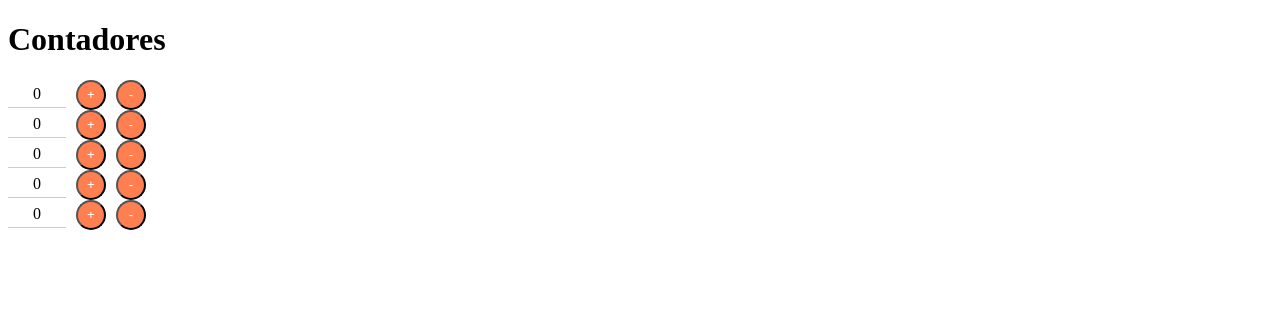
Repository: Lopesgit/curso-vue
Page: / (app in componentes/componente-intro/)
An editor plug-in stored every save of this project. The page is shown before and after the next save, followed by the edit.
The browser window is 1280 px wide. The pictures show the whole page.
The project was rebuilt for these pictures with package versions that can differ from the ones it lists, and the page was loaded fresh each time. Also part of the build but not shown: componentes/componente-intro/vue.config.js.

Above is the page before, as saved 2019-06-08 19:05:19.

After the next save:
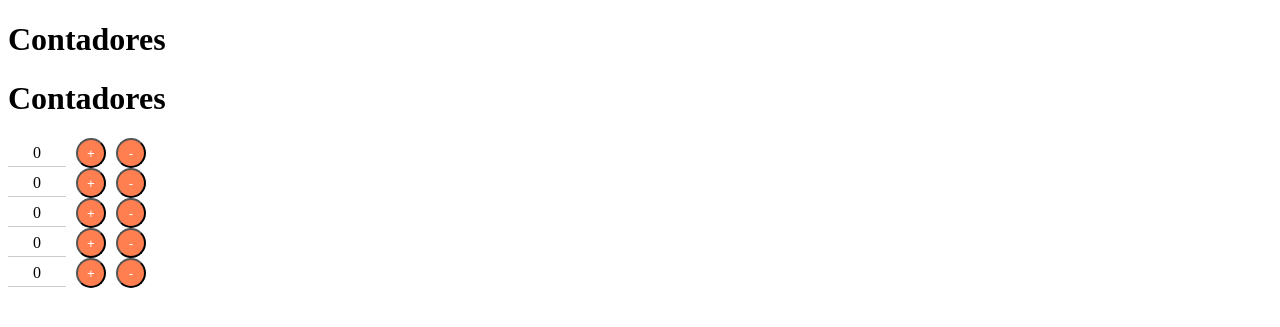
Saved 14 days later.
--- a/componentes/componente-intro/src/Contadores.vue
+++ b/componentes/componente-intro/src/Contadores.vue
@@ -1,5 +1,6 @@
 <template>
     <div class="contadores">
+        <h1>Contadores</h1>
         <app-contador v-for="c in 5" :key="c"/>
     </div>
 </template>

After the 2 saves that followed:
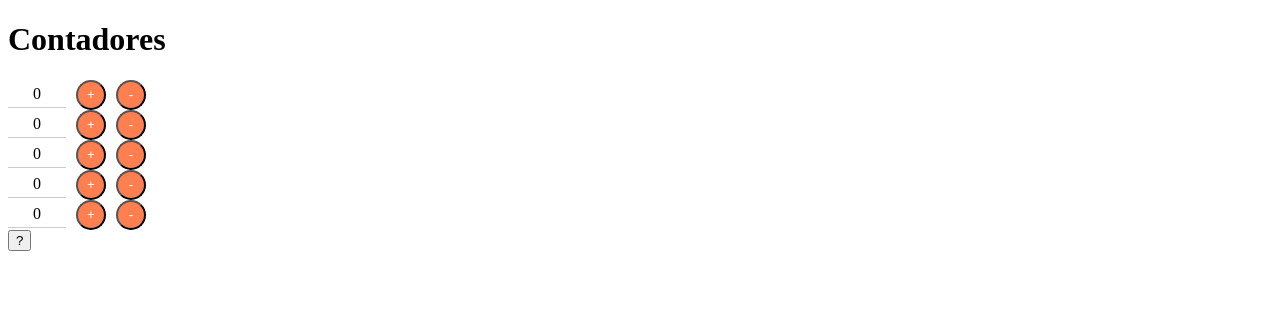
The 2 saves are shown as one change because 1 left the picture as it was.
The last was saved 3 s later.
--- a/componentes/componente-intro/src/App.vue
+++ b/componentes/componente-intro/src/App.vue
@@ -1,8 +1,8 @@
 <template>
-    <div id="app">
-        <h1>Contadores</h1>
-        <app-contadores/>
-    </div>
+  <div id="app">
+      <app-contadores />
+      <button>?</button>
+  </div>
 </template>
 
 <script>
--- a/componentes/componente-intro/src/Contador.vue
+++ b/componentes/componente-intro/src/Contador.vue
@@ -8,31 +8,30 @@
 
 <script>
 export default {
-    data(){
+    data() {
         return {
             contador: 0
         }
     },
-    methods:{
+    methods: {
         adicionar(){
             this.contador++
         },
         subtrair(){
             this.contador--
-        }
+        },
     }
-
 }
 </script>
 
-<style>
-    .contador span {
+<style scoped>
+    span {
         border-bottom: 1px solid #CCC;
         height: 30px;
         padding: 5px 25px;
     }
 
-    .contador button {
+    button {
         height: 30px;
         width: 30px;
         border-radius: 15px;
